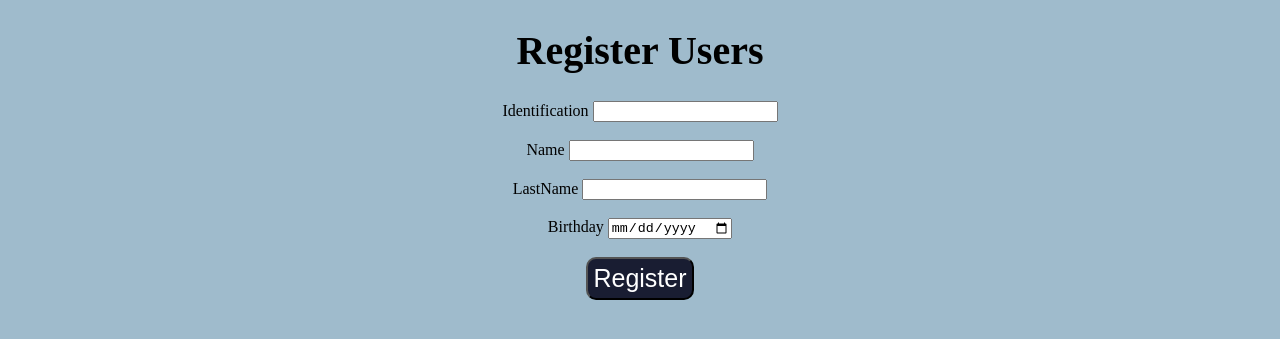
Repository: dimhernandezca/app-arquitectura-enlanube
Page: templates/register.html
The author's editor kept a record of every edit. The page is drawn from the files as they stood at one moment, then again after the next edit.
The browser window is 1280 px wide. The pictures show the whole page.

Above is the page before.

After the next edit:
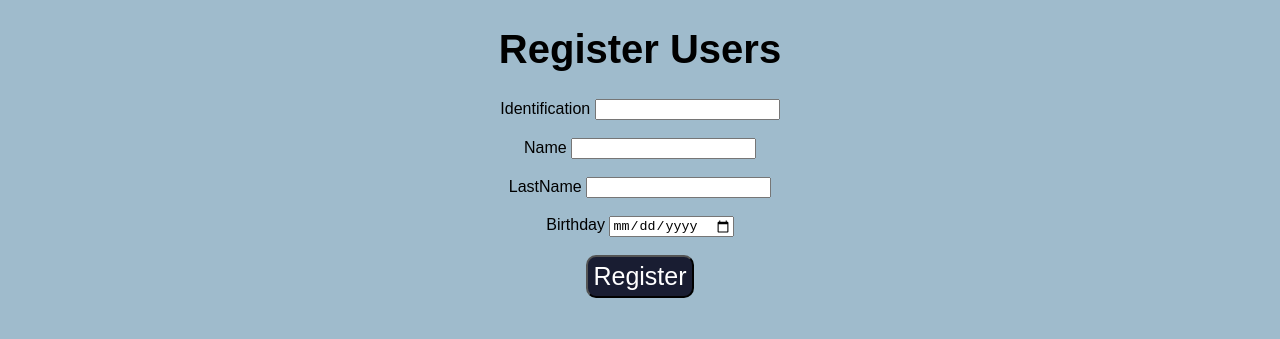
The edit:
--- a/static/css/styleRegister.css
+++ b/static/css/styleRegister.css
@@ -5,6 +5,8 @@
 
 body {
     background-color: #9FBBCC;
+    font-family: Arial, sans-serif;
+    justify-content: center;
 }
 button {
     font-size: 25px;
